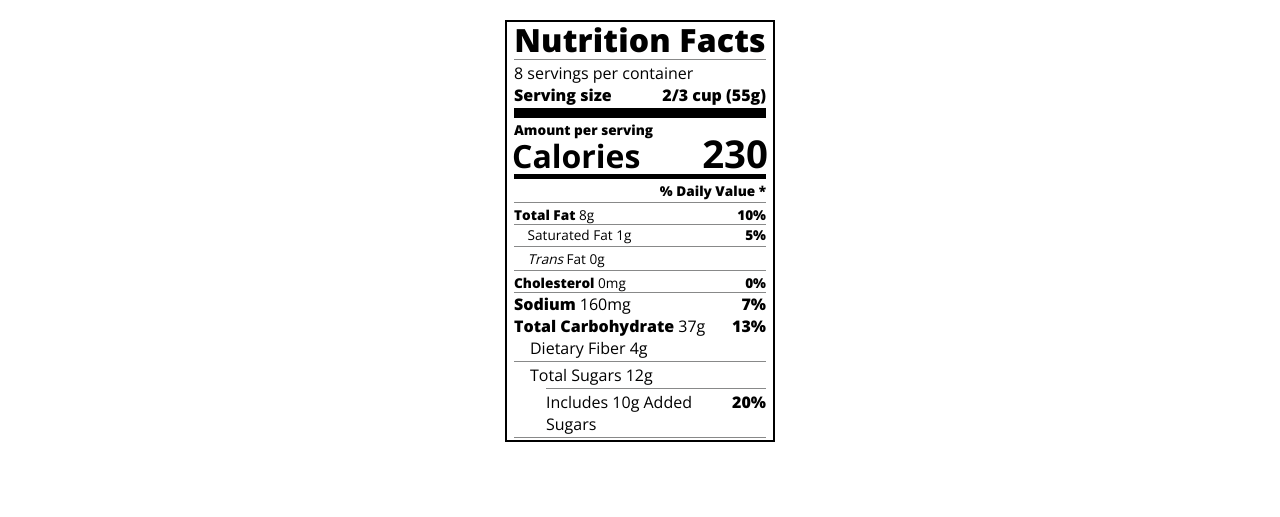
Repository: AimenDje/NutritionLabel
Page: index.html
The author's editor kept a copy of each file at every save. The page is drawn from the files as they stood at one save, then again after the next save.
The browser window is 1280 px wide. The pictures show the whole page.

Above is the page before, as saved 2025-08-30 23:38:08.

After the next save:
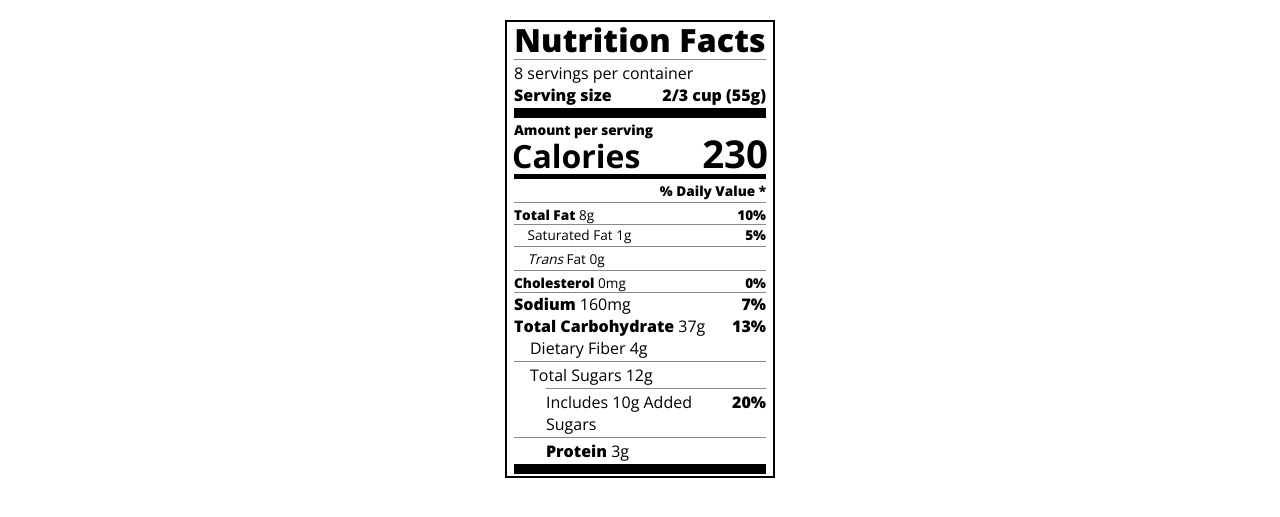
Saved 5 min 53 s later.
--- a/index.html
+++ b/index.html
@@ -43,6 +43,8 @@
       <div class="divider double-indent"></div>
       <p class="double-indent no-divider">Includes 10g Added Sugars <span class="bold">20% <span></p>
       <div class="divider"></div>
+      <p class="double-indent no-divider"><span><span class="bold">Protein</span> 3g</span></p>
+      <div class="divider large"></div>
     </div>
   </div>
   </div>
